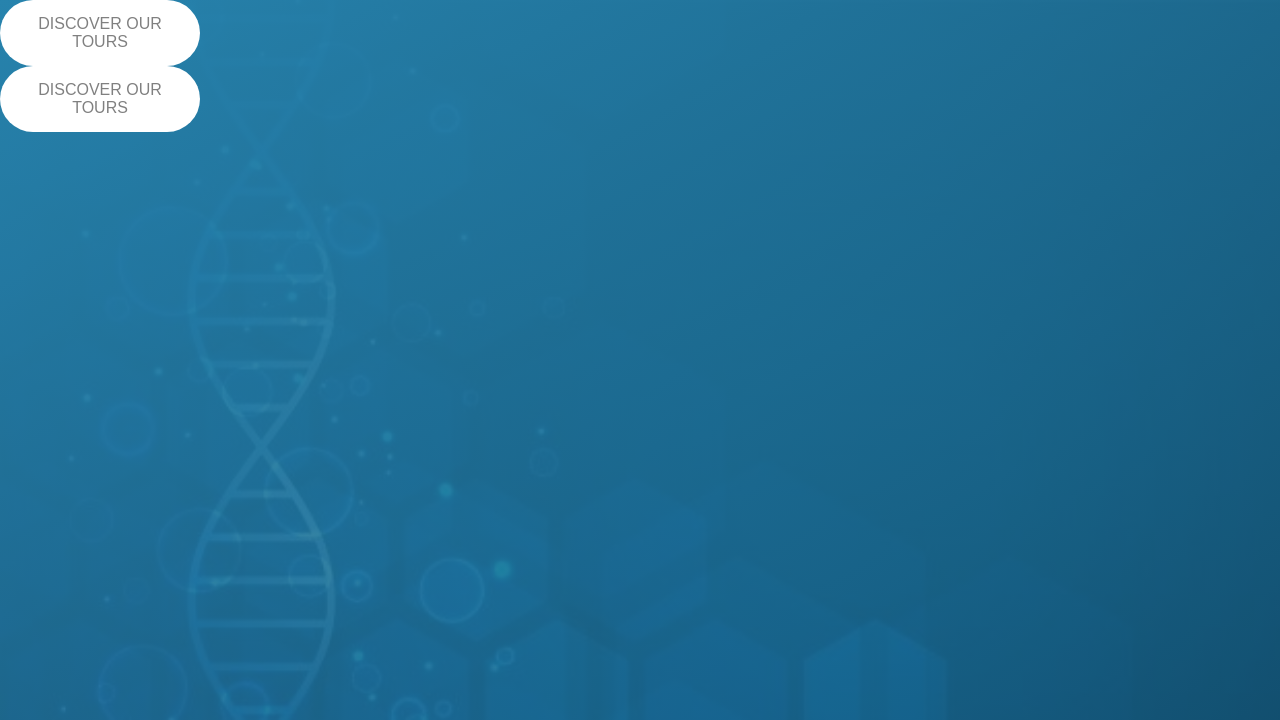
Repository: ajayaj2001/healthcare-digitization
Page: /
These files come from the project's save history. The page is drawn as it stood at one moment and after the next save; the edit follows.
The browser window is 1280 px wide. The pictures show the whole page.
The project was rebuilt for these pictures with package versions that can differ from the ones it lists, and the page was loaded fresh each time.

Above is the page before, as saved 2021-03-12 18:34:47.

### public/index.html
<!DOCTYPE html>
<html lang="en">

<head>
  <meta charset="utf-8" />
  <meta name="viewport" content="width=device-width, initial-scale=1" />
  <meta name="theme-color" content="#000000" />
  <meta name="description" content="Web site created using create-react-app" />
  <link rel="stylesheet" href="https://fonts.googleapis.com/css?family=Roboto:300,400,500,700&display=swap" />
  <link rel="stylesheet" href="https://fonts.googleapis.com/icon?family=Material+Icons" />

  <!--
      manifest.json provides metadata used when your web app is installed on a
      user's mobile device or desktop. See https://developers.google.com/web/fundamentals/web-app-manifest/
    -->
  <!-- <link rel="manifest" href="%PUBLIC_URL%/manifest.json" /> -->
  <!--
      Notice the use of %PUBLIC_URL% in the tags above.
      It will be replaced with the URL of the `public` folder during the build.
      Only files inside the `public` folder can be referenced from the HTML.

      Unlike "/favicon.ico" or "favicon.ico", "%PUBLIC_URL%/favicon.ico" will
      work correctly both with client-side routing and a non-root public URL.
      Learn how to configure a non-root public URL by running `npm run build`.
    -->
  <title>medical</title>
</head>

<body>
  <noscript>You need to enable JavaScript to run this app.</noscript>
  <div id="root"></div>
  <!--
      This HTML file is a template.
      If you open it directly in the browser, you will see an empty page.

      You can add webfonts, meta tags, or analytics to this file.
      The build step will place the bundled scripts into the <body> tag.

      To begin the development, run `npm start` or `yarn start`.
      To create a production bundle, use `npm run build` or `yarn build`.
    -->
</body>

</html>

### src/index.js
import React from 'react';
import ReactDOM from 'react-dom';
import './index.scss';
import App from './component/app/App';

ReactDOM.render(
  <React.StrictMode>
    <App />
  </React.StrictMode>,
  document.getElementById('root')
);

### src/index.scss
code {
  font-family: source-code-pro, Menlo, Monaco, Consolas, "Courier New", monospace;
}
@mixin respond($breakpoint) {
  @if $breakpoint == phone {
    @media (max-width: 37.5em) {
      @content;
    }
  }

  @if $breakpoint == tab-land {
    @media (max-width: 75em) {
      @content;
    }
  }
  @if $breakpoint == tab-port {
    @media (max-width: 56.25em) {
      @content;
    }
  }
  @if $breakpoint == big-desktop {
    @media (min-width: 112.5em) {
      @content;
    }
  }
}

*,
*::after,
*::before {
  margin: 0;
  padding: 0;
  box-sizing: inherit;
}
body {
  font-family: "Lato", sans-serif;
  font-weight: 400;
  font-size: 16px;
  line-height: 1.7;
  color: #777;
  //padding: 30px;
  box-sizing: border-box;
  @include respond(tab-port) {
    padding: 0;
  }
}

html {
  font-size: 62.5%; //1rem=10px 10px/16px=62.5%
  @include respond(tab-land) {
    //width <1200
    font-size: 56.25%; //1rem=9px
  }
  @include respond(tab-port) {
    //<width <900
    font-size: 50%; //1rem=8px
  }
  // @include respond(phone) {
  //     //<width<600
  //     font-size: 40%; //1rem=4.8px
  // }
  @include respond(big-desktop) {
    //>1200
    font-size: 75%; //1rem=12
  }
}

### src/component/app/App.js
import './App.scss';

import UserType from "../userType/UserType";

function App() {
  return (
    <div className="App">
      <UserType />
    </div>
  );
}

export default App;

### src/component/userType/UserType.js
import React from 'react'
import './UserType.scss'

const UserType = () => {
    return (
        <div className="userType">
<div className="userType-buttons">
            <button className="btn btn--white btn--animation" >Discover Our Tours</button>
            <button className="btn btn--white btn--animation" >Discover Our Tours</button>
            </div>
        </div>
    )
}

export default UserType

### src/component/userType/UserType.scss
.userType {
    height: 100vh;
    background-image: linear-gradient(to right bottom, #2783ad, rgba(23, 91, 122, 0.774)), url(../../img/img-1.jpg);
    background-size: cover;
    background-position: top;
    position: relative;
}

.btn {
    &,
    &:link,
    &:visited {
        text-decoration: none;
        padding: 1.5rem 3rem;
        text-transform: uppercase;
        display: inline-block;
        border-radius: 10rem;
        transition: all 0.2s;
        position: relative;
        font-size: 1.6rem;
width: 20rem;
        //for button element

        border: none;
        cursor: pointer;
    }
    &:hover {
        transform: translateY(-0.3rem);
        box-shadow: 0 1rem 2rem rgba(0, 0, 0, 0.3);
        &::after {
            transform: scalex(1.4) scaleY(1.6);
            opacity: 0;
        }
    }
    &:active,
    &:focus {
        outline: none;
        transform: translateY(-0.1rem);
        box-shadow: 0 0.5rem 1rem rgba(0, 0, 0, 0.2);
    }
    &--white {
        background-color: #fff;
        color: grey;
        &::after {
            background-color: #fff;
        }
    }
    // &--green {
    //     background-color: rgba(40, 180, 131, 0.8);
    //     color: white;
    //     &::after {
    //         background-color: rgba(40, 180, 131, 0.8);
    //     }
    // }
    &::after {
        content: "";
        display: inline-block;
        border-radius: 10rem;
        transition: all 0.4s;
        height: 100%;
        width: 100%;
        top: 0;
        left: 0;
        position: absolute;
        z-index: -1;
    }
    &--animation {
        animation: moveInBottom 0.5s ease-out 0.75 backwards;
    }
}

.userType-buttons{
    display: flex;
    flex-direction: column;
}

Loaded but not shown: src/component/app/App.scss (no stored copy; drawn as an empty file)

After the next save:
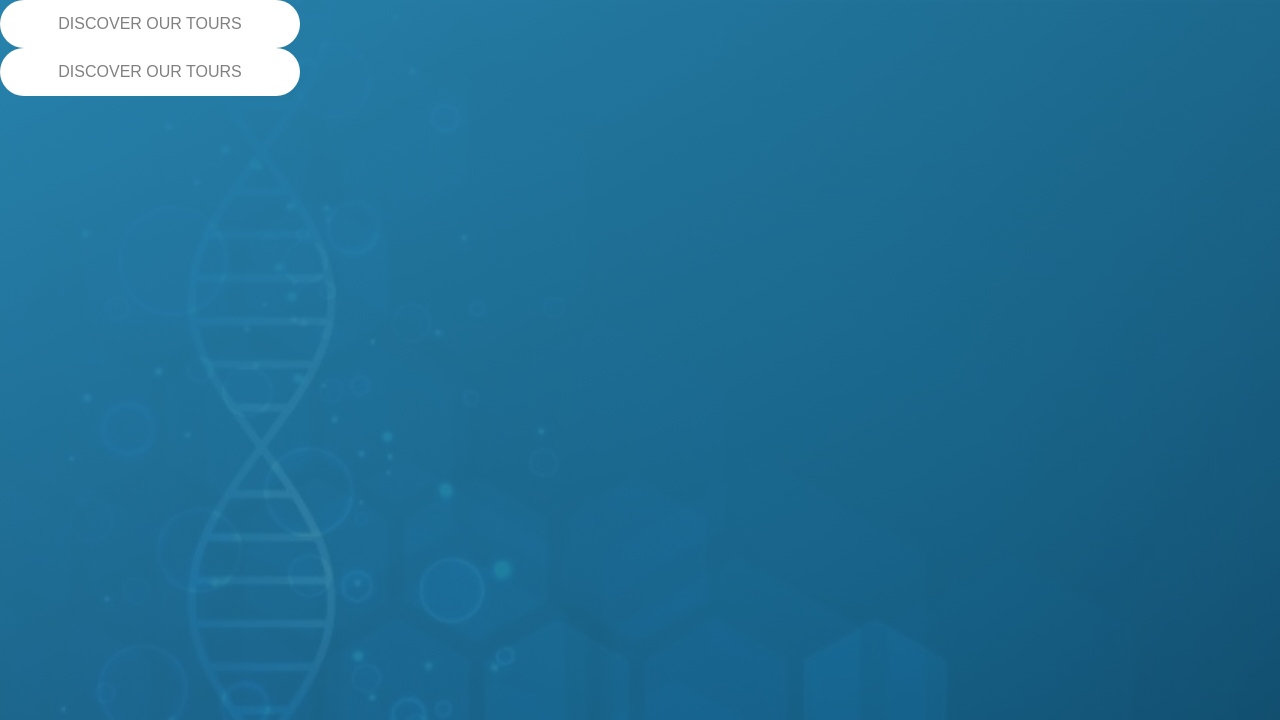
Saved 5 s later.
--- a/src/component/userType/UserType.scss
+++ b/src/component/userType/UserType.scss
@@ -18,7 +18,7 @@
         transition: all 0.2s;
         position: relative;
         font-size: 1.6rem;
-width: 20rem;
+width: 30rem;
         //for button element
 
         border: none;
